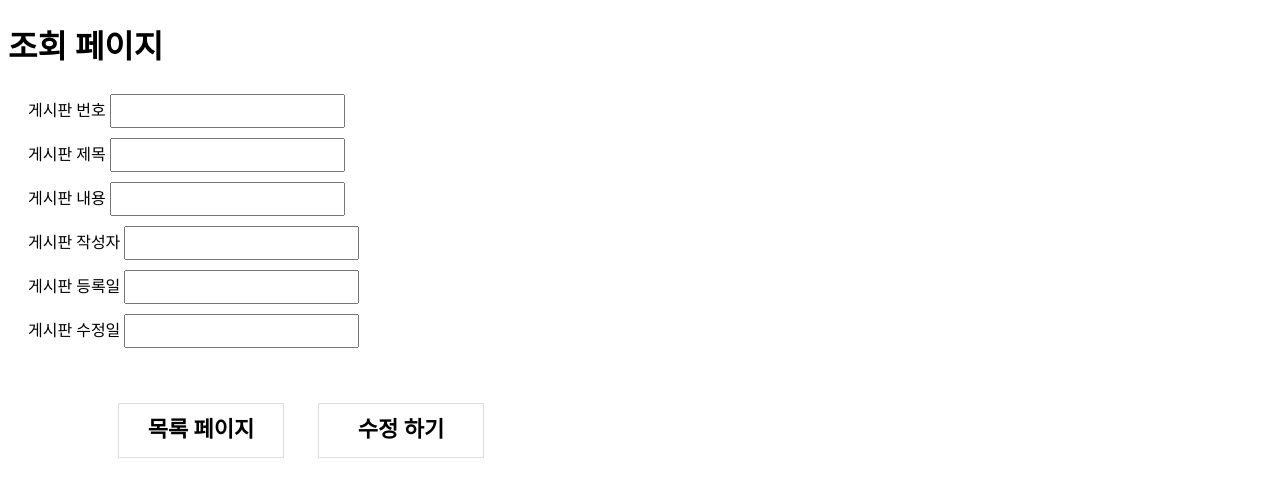
Repository: yeeeeeeer/Spring
Page: http://localhost/Board/WEB-INF/views/board/get.jsp
These files come from the project's save history. The page is drawn as it stood at one moment and after the next save; the edit follows.
The browser window is 1280 px wide. The pictures show the whole page.
The page is served by Tomcat 9. Nobody is signed in. Other server files are loaded and not shown. The template is opened directly, without the code that normally fills it, so the values that code supplies are empty.

Above is the page before, as saved 2024-07-18 04:56:44.

### Board/src/main/webapp/WEB-INF/views/board/get.jsp
<%@ page language="java" contentType="text/html; charset=UTF-8"
    pageEncoding="UTF-8"%>
<%@ taglib uri="http://java.sun.com/jsp/jstl/core" prefix="c"%>
<%@ taglib prefix="fmt" uri="http://java.sun.com/jsp/jstl/fmt" %>
<!DOCTYPE html>
<html>
<head>
<meta charset="UTF-8">
<title>Insert title here</title>
<script src="https://ajax.googleapis.com/ajax/libs/jquery/3.5.1/jquery.min.js"></script>
<style>
.input_wrap{
	padding: 5px 20px;
}
lable{
	display: block;
	margin: 10px 0;
	font-size: 20px;
}
input{
	padding: 5px;
	font-size: 17px;
}
textarea{
	width: 800px;
	height: 200px;
	font-size: 15px;
	padding: 10px;
}
.btn{
	display: inline-block;
	font-size: 22px;
	padding: 6px 12px;
	background-color: #fff;
	border: 1px solid #ddd;
	font-weight: 600;
	width: 140px;
	height: 41px;
	line-height: 39px;
	text-align: center;
	margin-left: 30px;
	cursor: pointer;
}
.btn_wrap{
	padding-left: 80px;
	margin-top: 50px;
}
</style>
</head>
<body>
<h1>조회 페이지</h1>
	<div class="input_wrap">
		<label>게시판 번호</label>
		<input name="bno" readonly="readonly" value='<c:out value="${pageInfo.bno}"/>' >
	</div>
	<div class="input_wrap">
		<label>게시판 제목</label>
		<input name="title" readonly="readonly" value='<c:out value="${pageInfo.title}"/>' >
	</div>
	<div class="input_wrap">
		<label>게시판 내용</label>
		<input rows="2" name="content" readonly="readonly" value='<c:out value="${pageInfo.content}"/>' >
	</div>
	<div class="input_wrap">
		<label>게시판 작성자</label>
		<input name="writer" readonly="readonly" value='<c:out value="${pageInfo.writer}"/>' >
	</div>
	<div class="input_wrap">
		<label>게시판 등록일</label>
		<input name="readater" readonly="readonly" value='<fmt:formatDate pattern="yyyy/MM/dd" value="${list.regDate}"/>' >
	</div>
	<div class="input_wrap">
		<label>게시판 수정일</label>
		<input name="updateDate" readonly="readonly" value='<fmt:formatDate pattern="yyyy/MM/dd" value="${list.updateDate}"/>' >
	</div>
	<div class="btn_wrap">
		<a class="btn" id="list_btn">목록 페이지</a>
		<a class="btn" id="modify_btn">수정 하기</a>
	</div>
	<form id="infoForm" action="/board/modify" method="get">
		<input type="hidden" id="bno" name="bno" value='<c:out value="${pageInfo.bno}"/>'>
	</form>
<script>
	let form = $("#infoForm");

	$("#list_btn").on("click", function(e){
		form.find("#bno").remove();
		form.attr("action", "/board/list");
		form.submit();
	});

	$("#modify_btn").on("click", function(e){
		form.attr("action", "/board/modify");
		form.submit();
	});
</script>
</body>
</html>

After the next save:
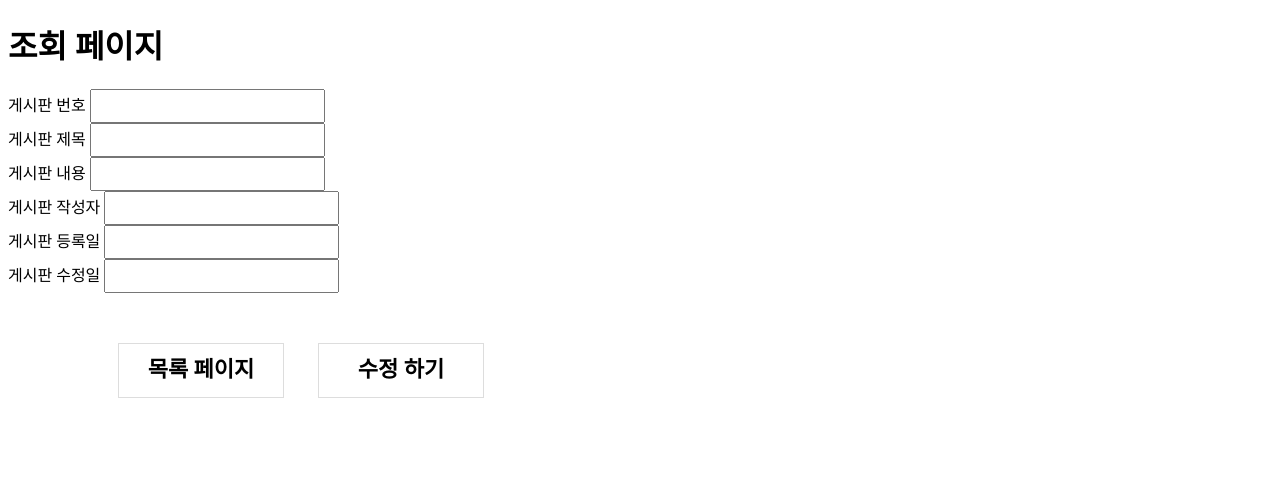
Saved 109 s later.
--- a/Board/src/main/webapp/WEB-INF/views/board/get.jsp
+++ b/Board/src/main/webapp/WEB-INF/views/board/get.jsp
@@ -9,6 +9,7 @@
 <title>Insert title here</title>
 <script src="https://ajax.googleapis.com/ajax/libs/jquery/3.5.1/jquery.min.js"></script>
 <style>
+<style type="text/css">
 .input_wrap{
 	padding: 5px 20px;
 }
